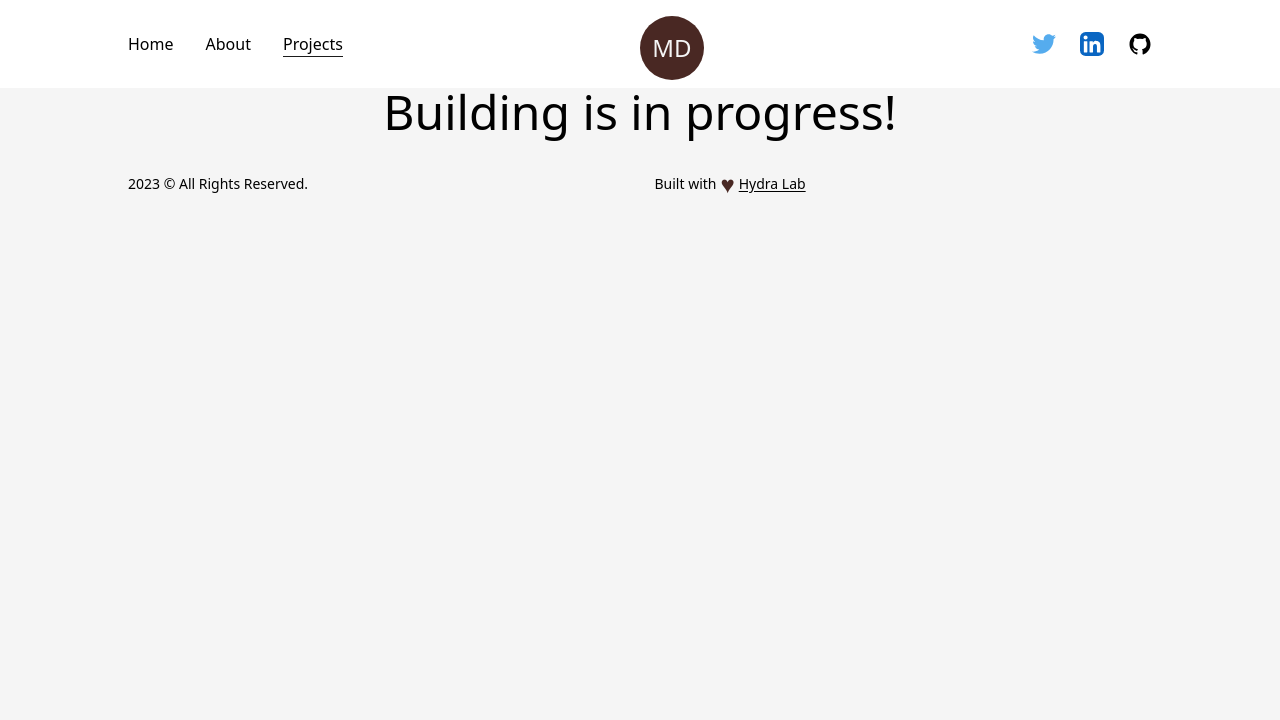
Repository: marcusdashe/situs
Page: /projects
These files come from the project's save history. The page is drawn as it stood at one moment and after the next save; the edit follows.
The browser window is 1280 px wide. The pictures show the whole page.
The project was rebuilt for these pictures with package versions that can differ from the ones it lists, and the page was loaded fresh each time. The framework's server and built-in components were replaced by stand-ins that run in the browser.

Above is the page before, as saved 2023-07-23 14:27:38.

### src/pages/_app.js
import Footer from "@/components/Footer";
import Navbar from "@/components/Navbar";
import "@/styles/globals.css";
import Head from "next/head";
// import { IBM_Plex_Sans } from "next/font/google";

// const ibm = IBM_Plex_Sans({
//   subsets: ["latin"],
//   variable: "--font-mont",
// });

export default function App({ Component, pageProps }) {
  return (
    <>
      <Head>
        <meta name="viewport" content="width=device-width, initial-scale=1" />
        <link rel="icon" href="/favicon.ico" />
      </Head>
      <main className={`  bg-light w-full min-h-screen`}>
        <Navbar />
        <Component {...pageProps} />
        <Footer />
      </main>
    </>
  );
}

### src/pages/projects.js
import React from "react";

const projects = () => {
  return (
    <div className="text-5xl w-full text-center">Building is in progress!</div>
  );
};

export default projects;

### src/components/Footer.jsx
import React from "react";
import Layout from "./Layout";
import Link from "next/link";

const Footer = () => {
  return (
    <footer className="w-full border-t-1 border-solid border-primaryDark font-medium text-sm ">
      <Layout className="py-8 flex items-center justify-between">
        <span>{new Date().getFullYear()} &copy; All Rights Reserved.</span>
        <div className="flex items-center">
          Built with{" "}
          <span className="text-primaryDark text-2xl px-1">&hearts;</span>
          <Link href="/" className="underline underline-offset-2">
            Hydra Lab
          </Link>
        </div>
        <Link href="/"></Link>
      </Layout>
    </footer>
  );
};

export default Footer;

### src/components/Navbar.jsx
import React from "react";
import { useRouter } from "next/router";
import Link from "next/link";
import Logo from "./Logo";
import { TwitterIcon, GithubIcon, LinkedInIcon } from "./Icons";
import { motion } from "framer-motion";

const CustomLink = ({ href, title, className = "" }) => {
  const router = useRouter();

  return (
    <Link href={href} className={`${className} relative group`}>
      {title}
      <span
        className={`h-[1px] inline-block bg-dark absolute left-0 -bottom-0.5 group-hover:w-full transition-[width] ease duration-300 ${
          router.asPath === href ? "w-full" : "w-0"
        }`}
      >
        &nbsp;
      </span>
    </Link>
  );
};

const Navbar = () => {
  return (
    <header
      className="w-full px-32 py-8 font-medium
            flex items-center justify-between sticky top-0 z-10 bg-white"
    >
      <nav>
        <CustomLink href="/" title="Home" className="mr-4" />
        <CustomLink href="/about" title="About" className="mx-4" />
        <CustomLink href="/projects" title="Projects" className="mx-4" />
        {/* <CustomLink href="/articles" title="Articles" className="ml-4" /> */}
      </nav>

      <nav className="flex items-center justify-center flex-wrap">
        <motion.a
          href="https://www.twitter.com/marcusdashe"
          target={"_blank"}
          whileHover={{
            y: -2,
          }}
          whileTap={{ scale: 0.9 }}
          className="w-6 mx-3"
        >
          <TwitterIcon className="" />
        </motion.a>
        <motion.a
          href="https://www.linkedin.com/in/marcus-dashe-15a088202"
          target={"_blank"}
          whileHover={{
            y: -2,
          }}
          whileTap={{ scale: 0.9 }}
          className="w-6 mx-3"
        >
          <LinkedInIcon />
        </motion.a>
        <motion.a
          href="https://www.github.com/marcusdashe"
          target={"_blank"}
          whileHover={{
            y: -2,
          }}
          whileTap={{ scale: 0.9 }}
          className="w-6 ml-3"
        >
          <GithubIcon />
        </motion.a>
      </nav>
      <div className="absolute left-[50%] top-2 translate-x-[-50]">
        <Logo />
      </div>
    </header>
  );
};

export default Navbar;

### src/styles/globals.css
@import url("https://fonts.googleapis.com/css2?family=IBM+Plex+Sans:ital,wght@0,100;0,200;0,300;1,100;1,200&family=Inter:wght@300;400;500;600;700;800;900&display=swap");

@tailwind base;
@tailwind components;
@tailwind utilities;

### src/components/Layout.jsx
import React from "react";

const Layout = ({ children, className = "" }) => {
  return (
    <div className={`${className} w-full inline-block z-0 bg-light p-32`}>
      {children}
    </div>
  );
};

export default Layout;

### src/components/Logo.jsx
"use client";

import React from "react";
import Link from "next/link";
import { motion } from "framer-motion";

const MotionLink = motion(Link);

const Logo = () => {
  return (
    <div className="flex items-center justify-center mt-2">
      <MotionLink
        href="/"
        className="w-16 h-16 bg-primaryDark text-light flex items-center
        justify-center rounded-full text-2xl  hover
      "
        whileHover={{
          scale: 1.5,
          backgroundColor: [
            "#121212",
            "rgba(131,58,180,1)",
            "rgba(253,29,29,1)",
            "rgba(252,176,69,1)",
            "rgba(131,58,180,1)",
            "#121212",
          ],
          transition: {
            duration: 1,
            repeat: Infinity,
          },
        }}
      >
        MD
      </MotionLink>
    </div>
  );
};

export default Logo;

Loaded but not shown: tailwind.config.js (34 lines, source omitted); src/components/Icons.jsx (474 lines, source omitted)

After the next save:
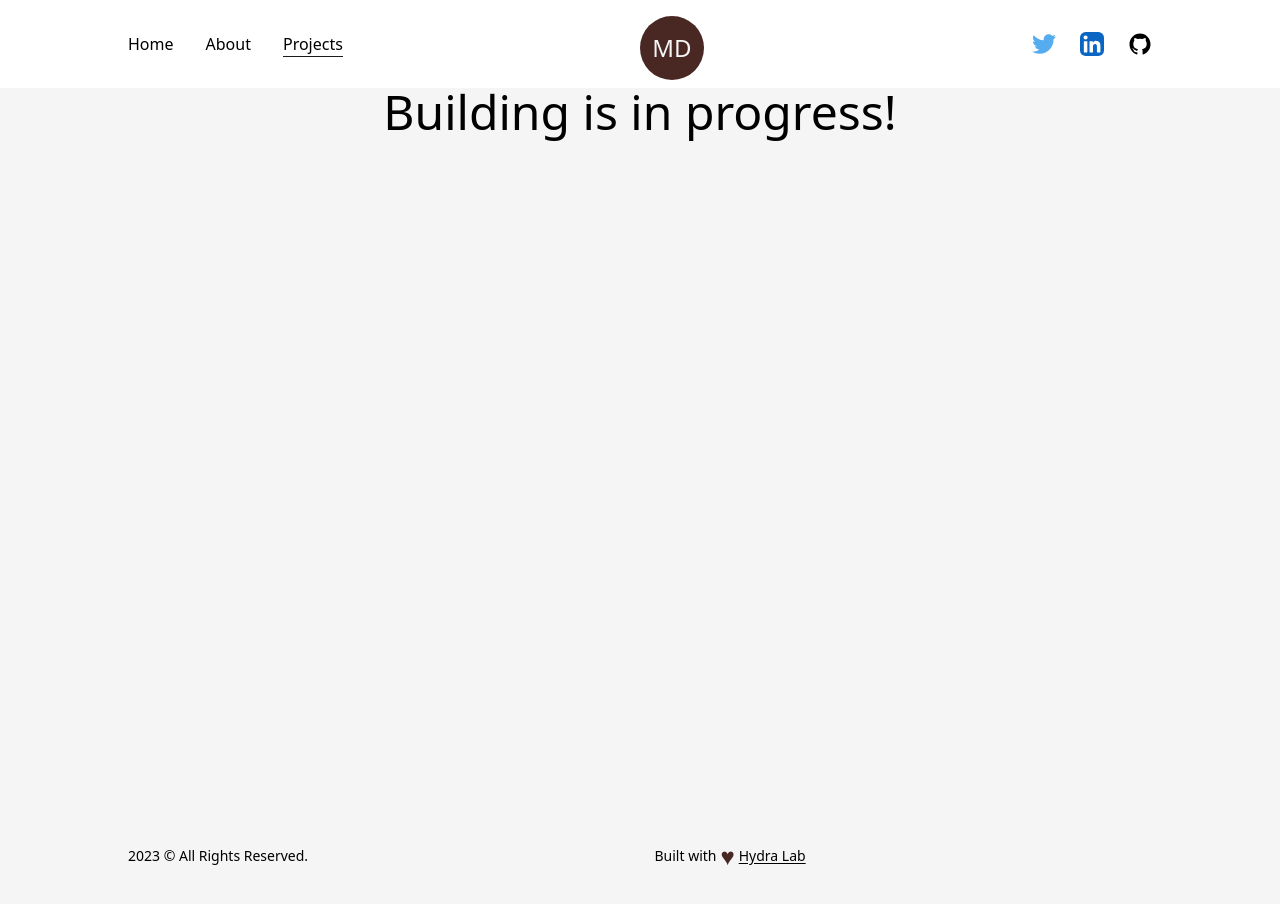
Saved 21 s later.
--- a/src/pages/projects.js
+++ b/src/pages/projects.js
@@ -2,7 +2,9 @@
 
 const projects = () => {
   return (
-    <div className="text-5xl w-full text-center">Building is in progress!</div>
+    <div className="text-5xl w-full text-center h-screen">
+      Building is in progress!
+    </div>
   );
 };
 

After the save that followed:
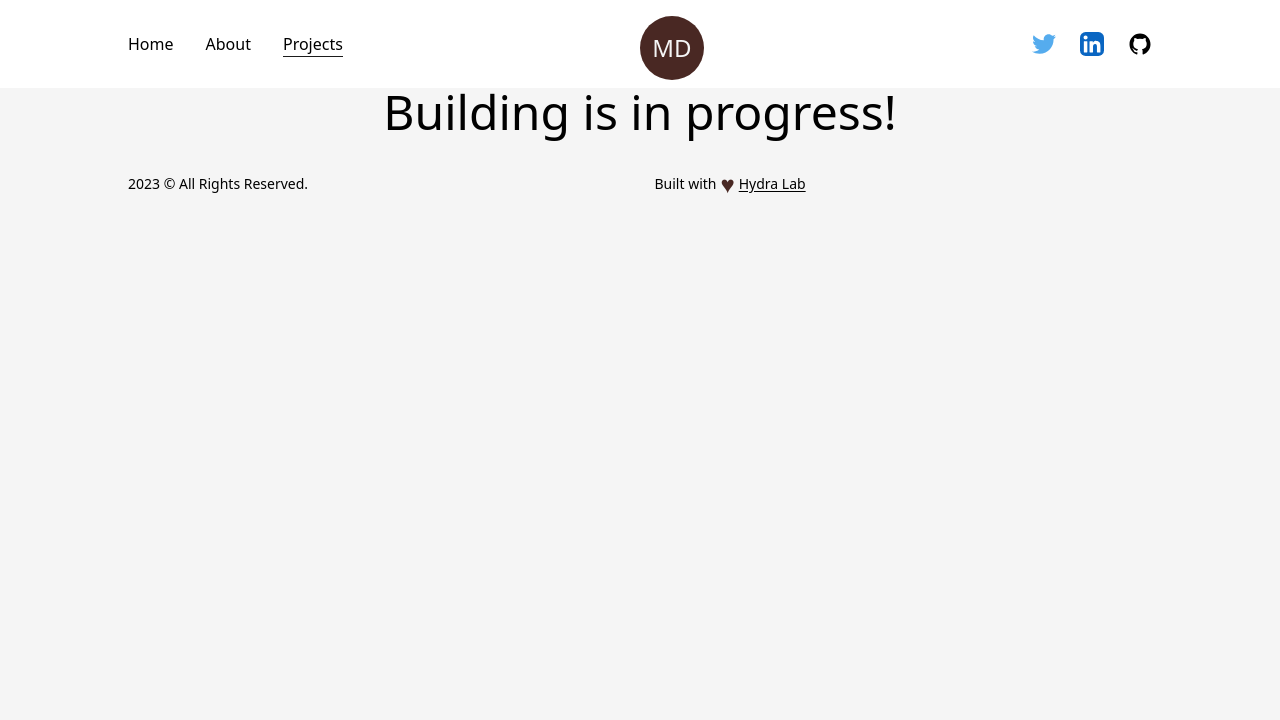
Saved 23 s later.
--- a/src/pages/projects.js
+++ b/src/pages/projects.js
@@ -2,7 +2,7 @@
 
 const projects = () => {
   return (
-    <div className="text-5xl w-full text-center h-screen">
+    <div className="text-5xl w-full text-center h-3/4">
       Building is in progress!
     </div>
   );
